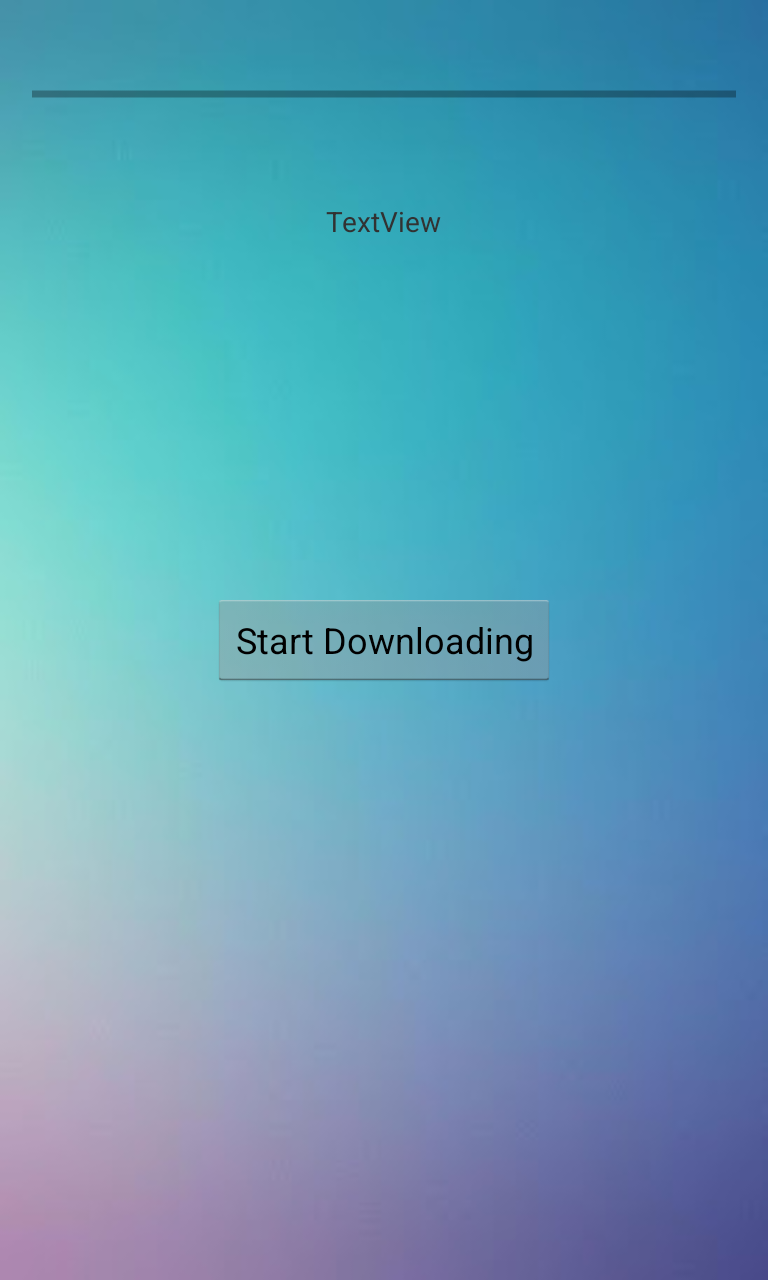
Repository: amittttt/Android-HP
Layout: SeekBarAssgnmnt/res/layout/activity_main.xml
An editor plug-in stored every save of this project. The layout is shown before and after the next save, followed by the edit.
It is drawn on a 768 x 1280 px phone screen (xhdpi) without system bars, with theme AppTheme; the app's code is not run.

Above is the layout before, as saved 2016-05-13 16:33:52.

### SeekBarAssgnmnt/res/layout/activity_main.xml
<RelativeLayout xmlns:android="http://schemas.android.com/apk/res/android"
    xmlns:tools="http://schemas.android.com/tools"
    android:layout_width="match_parent"
    android:layout_height="match_parent"
    android:paddingBottom="@dimen/activity_vertical_margin"
    android:paddingLeft="@dimen/activity_horizontal_margin"
    android:paddingRight="@dimen/activity_horizontal_margin"
    android:paddingTop="@dimen/activity_vertical_margin"
    tools:context=".MainActivity"
    android:background="@drawable/back" >

    <ProgressBar
        android:id="@+id/progressBar1"
        style="?android:attr/progressBarStyleHorizontal"
        android:layout_width="wrap_content"
        android:layout_height="wrap_content"
        android:layout_alignParentLeft="true"
        android:layout_alignParentRight="true"
        android:layout_alignParentTop="true"
        android:layout_marginTop="23dp" />

    <Button
        android:id="@+id/button1"
        android:layout_width="wrap_content"
        android:layout_height="wrap_content"
        android:layout_centerHorizontal="true"
        android:layout_centerVertical="true"
        android:onClick="Start"
        android:text="Start Downloading"
   />

    <TextView
        android:id="@+id/textView1"
        android:layout_width="wrap_content"
        android:layout_height="wrap_content"
        android:layout_below="@+id/progressBar1"
        android:layout_centerHorizontal="true"
        android:layout_marginTop="46dp"
        android:text="TextView" />

</RelativeLayout>

Loaded but not shown: SeekBarAssgnmnt/res/values/styles.xml (common file); SeekBarAssgnmnt/res/values-v11/styles.xml (common file); SeekBarAssgnmnt/res/values-v14/styles.xml (common file); SeekBarAssgnmnt/res/values/dimens.xml (common file)

After the next save:
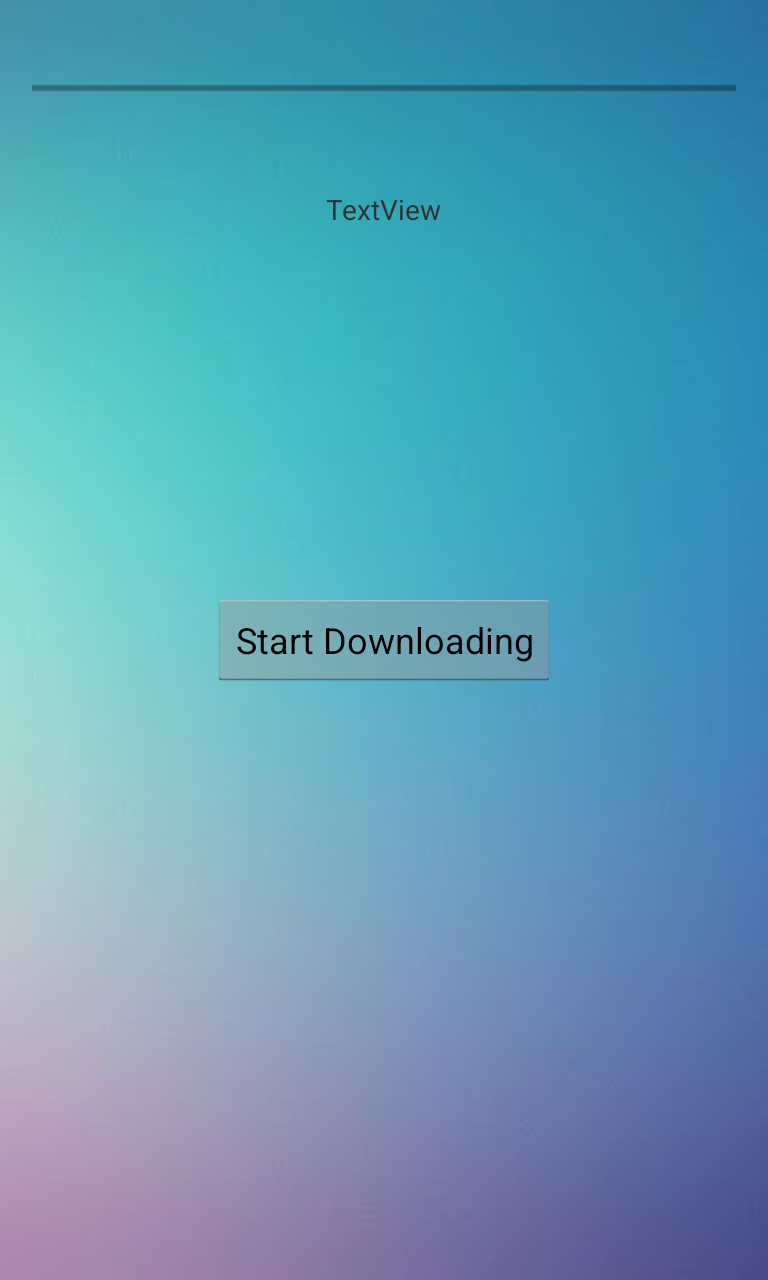
Saved 84 s later.
--- a/SeekBarAssgnmnt/res/layout/activity_main.xml
+++ b/SeekBarAssgnmnt/res/layout/activity_main.xml
@@ -16,6 +16,7 @@
         android:layout_height="wrap_content"
         android:layout_alignParentLeft="true"
         android:layout_alignParentRight="true"
+         android:layout_height="10dip"
         android:layout_alignParentTop="true"
         android:layout_marginTop="23dp" />
 

After the 2 saves that followed:
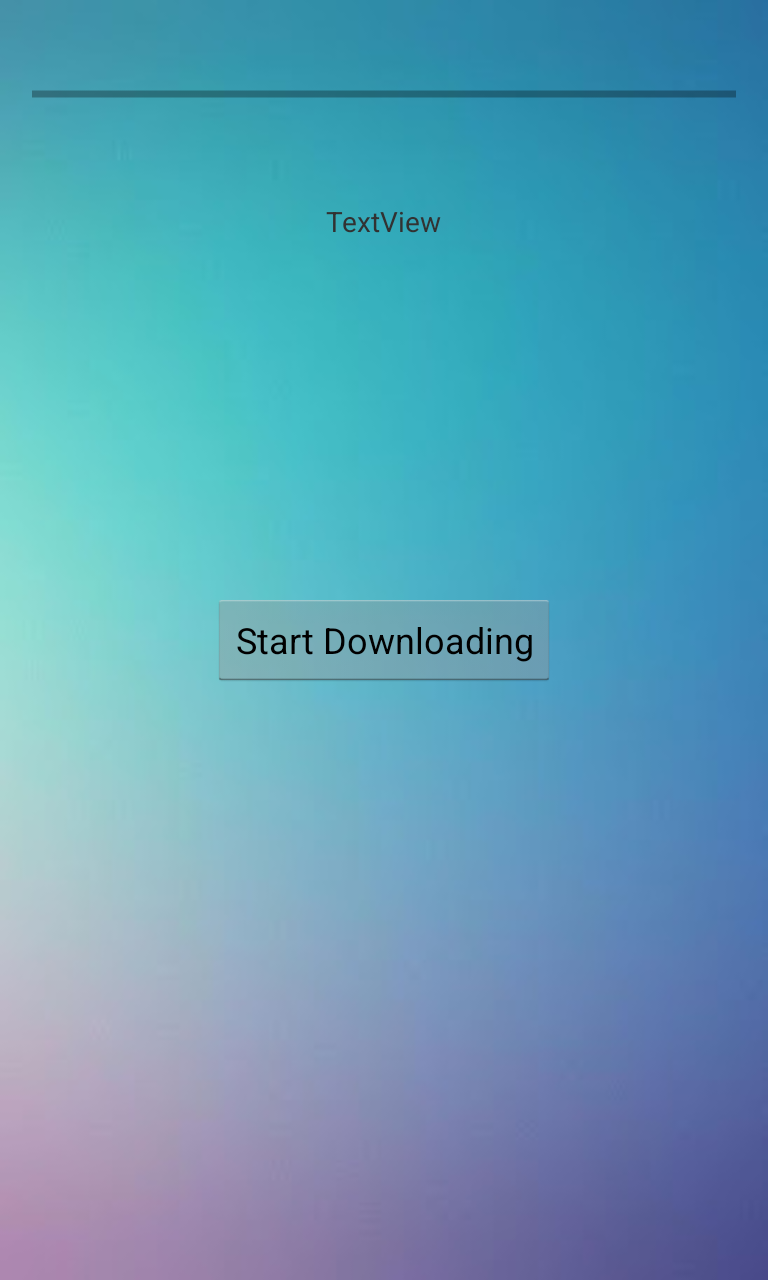
The 2 saves are shown as one change because 1 left the picture as it was.
The last was saved 99 s later.
--- a/SeekBarAssgnmnt/res/layout/activity_main.xml
+++ b/SeekBarAssgnmnt/res/layout/activity_main.xml
@@ -16,7 +16,7 @@
         android:layout_height="wrap_content"
         android:layout_alignParentLeft="true"
         android:layout_alignParentRight="true"
-         android:layout_height="10dip"
+       android:thumbTintMode="multiply"
         android:layout_alignParentTop="true"
         android:layout_marginTop="23dp" />
 
